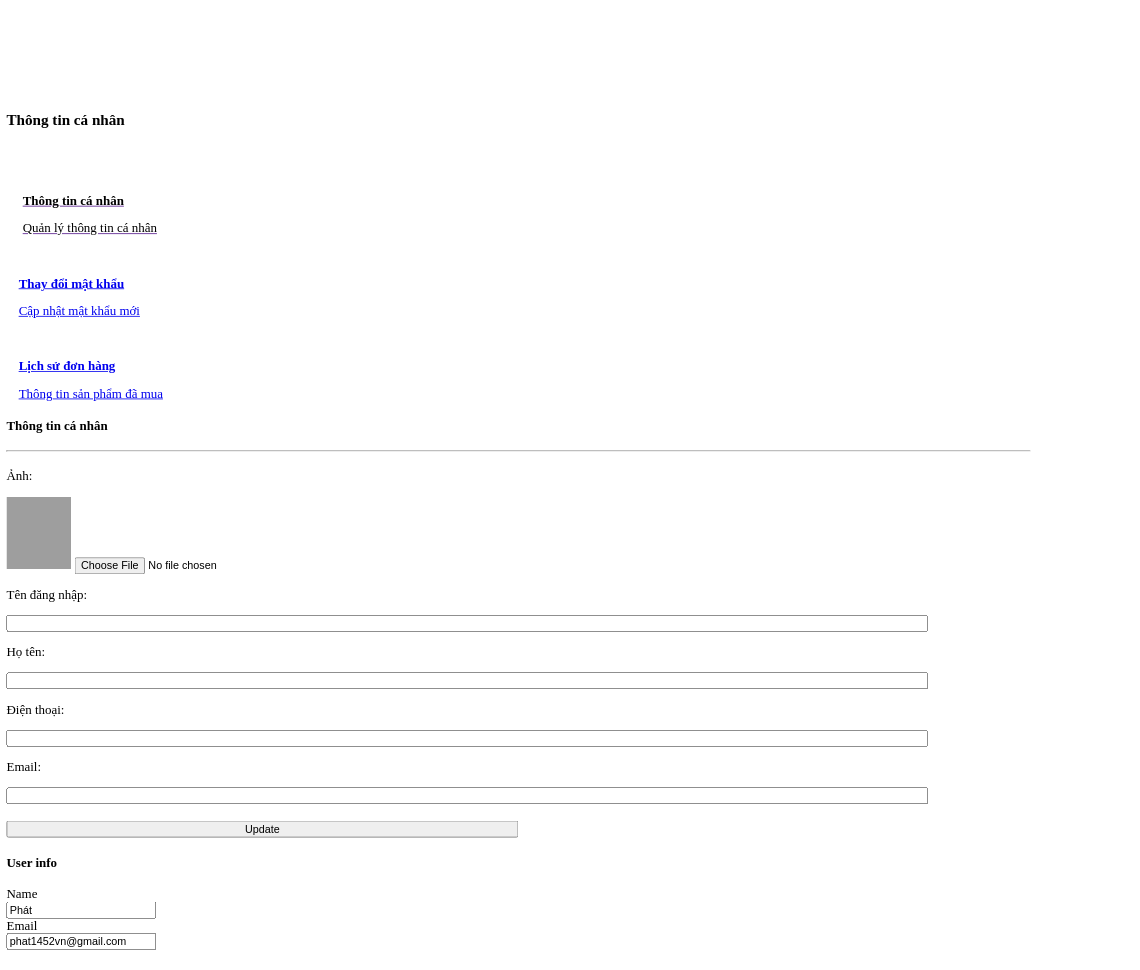
Repository: nguyengiabao245/NHOM3_C2
Page: http://localhost/DoAnJava/WEB-INF/views/account/edit.jsp
An editor plug-in stored every save of this project. The page is shown before and after the next save, followed by the edit.
The browser window is 1280 px wide. The page is 1408 px wide, so the pictures cover 1408 px, including what lies to the right of the window. The pictures show the whole page, at 81% of full size.
Pictures or frames that could not be fetched are drawn as grey boxes. The page is served by Tomcat 9. Nobody is signed in. The template is opened directly, without the code that normally fills it, so the values that code supplies are empty.

Above is the page before, as saved 2022-05-16 05:46:16.

After the next save:
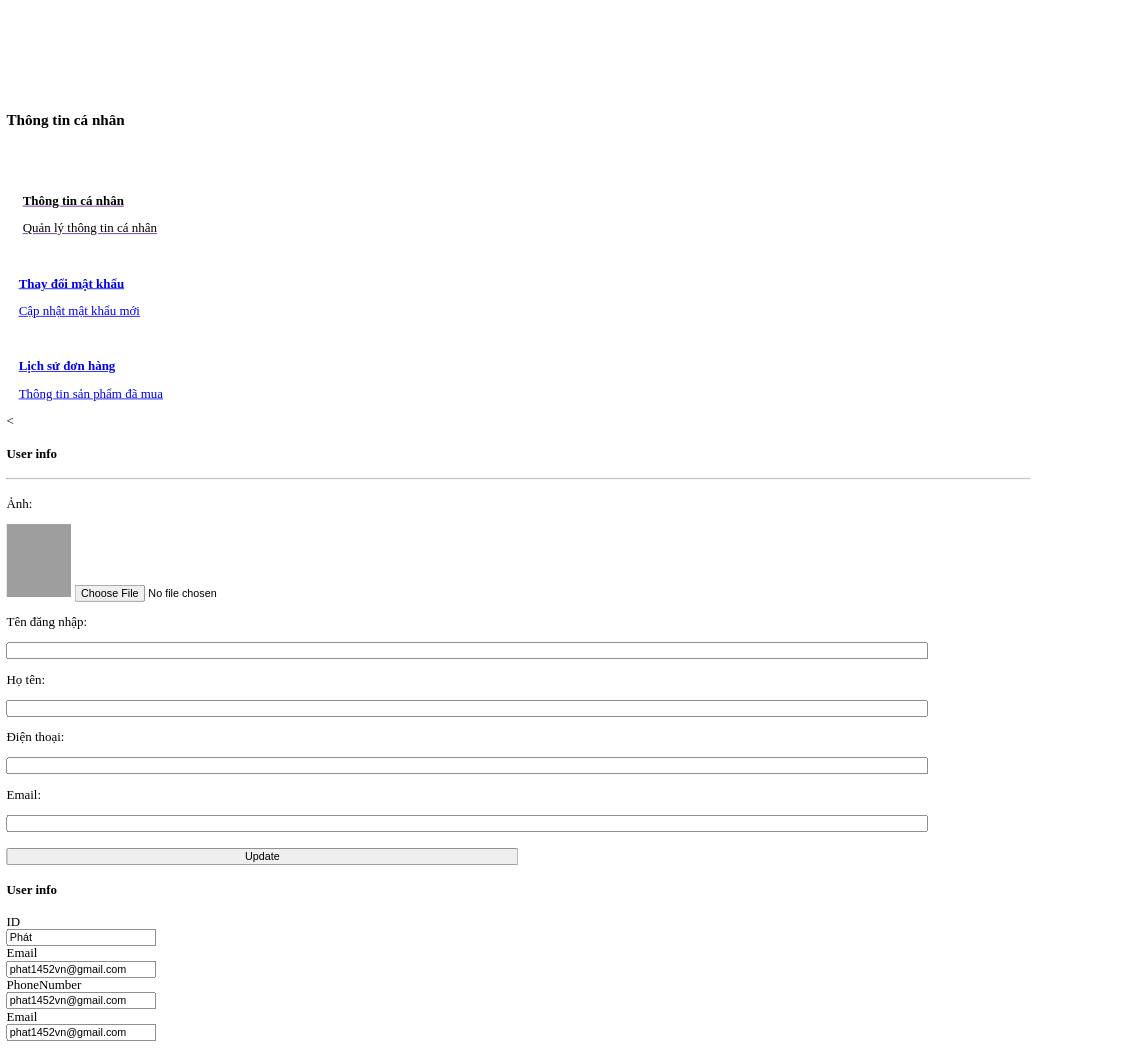
Saved 6 min 48 s later.
--- a/DoAnJava/src/main/webapp/WEB-INF/views/account/edit.jsp
+++ b/DoAnJava/src/main/webapp/WEB-INF/views/account/edit.jsp
@@ -71,8 +71,9 @@
 		<div class="col-sm-8">
 			<div class="ct1">
 				<div>
-					<div class="panel-heading">
-                                <h4 class="panel-title">Thông tin cá nhân</h4>
+				<div class="panel panel-default">
+					<<div class="panel-heading">
+                                <h4 class="panel-title">User info</h4>
                             </div>
 					<hr>
 					<form:form action="/account/edit" modelAttribute="form" enctype="multipart/form-data">
@@ -146,9 +147,21 @@
                             </div>
                             <div class="panel-body">
                                 <div class="form-group">
-                                    <label class="col-sm-2 control-label">Name</label>
+                                    <label class="col-sm-2 control-label">ID</label>
                                     <div class="col-sm-10">
                                         <input name="name" type="text" class="form-control" value="Phát">
+                                    </div>
+                                </div>
+                                <div class="form-group">
+                                    <label class="col-sm-2 control-label">Email</label>
+                                    <div class="col-sm-10">
+                                        <input name="email" type="text" class="form-control" value="phat1452vn@gmail.com">
+                                    </div>
+                                </div>
+                                <div class="form-group">
+                                    <label class="col-sm-2 control-label">PhoneNumber</label>
+                                    <div class="col-sm-10">
+                                        <input name="email" type="text" class="form-control" value="phat1452vn@gmail.com">
                                     </div>
                                 </div>
                                 <div class="form-group">
